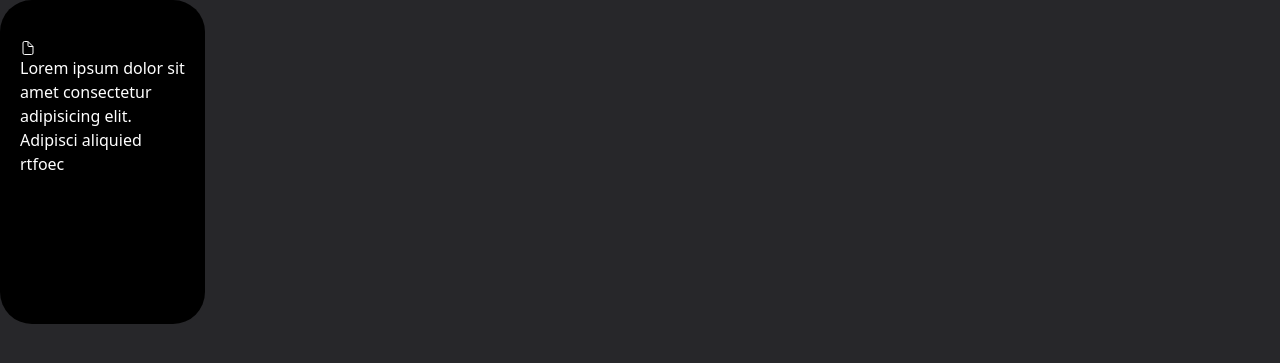
Repository: SharonSebastian32/dragable_cards
Page: /
These files come from the project's save history. The page is drawn as it stood at one moment and after a run of saves; the edit follows.
The browser window is 1280 px wide. The pictures show the whole page.
The project was rebuilt for these pictures with package versions that can differ from the ones it lists, and the page was loaded fresh each time. Also part of the build but not shown: vite.config.js.

Above is the page before, as saved 2024-08-21 10:16:24.

After the next 2 saves:
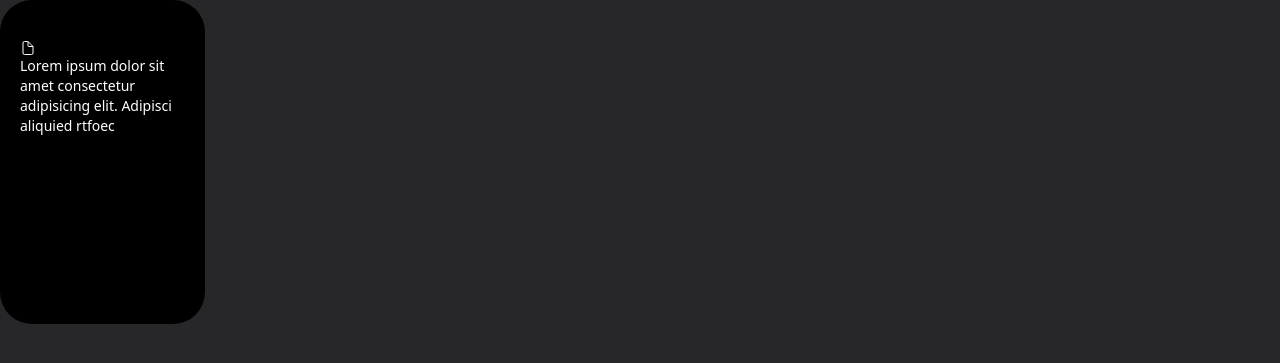
The 2 saves are shown as one change because they came seconds apart.
The last was saved 8 s later.
--- a/src/Components/Card.jsx
+++ b/src/Components/Card.jsx
@@ -3,7 +3,7 @@ const Card = () => {
   return (
     <div className="w-[16vw] h-[45vh] rounded-[2rem] text-white px-5 py-10 bg-black">
           <IoDocumentOutline />
-          <p className="">Lorem ipsum dolor sit amet consectetur adipisicing elit. Adipisci aliquied rtfoec  </p>
+          <p className="text-sm ">Lorem ipsum dolor sit amet consectetur adipisicing elit. Adipisci aliquied rtfoec  </p>
      </div>
   );
 };
